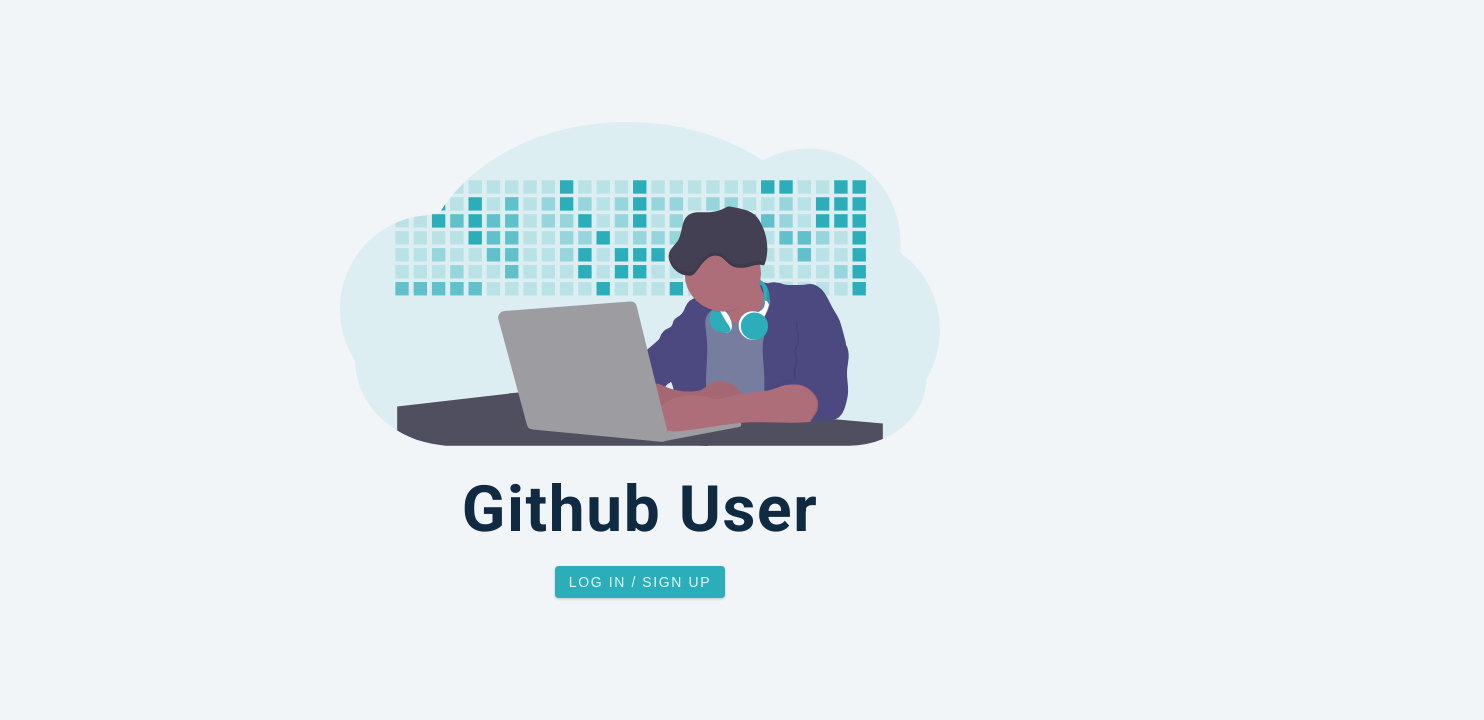
Repository: suprabhat15/search-github-users
Page: /
The author's editor kept a copy of each file at every save. The page is drawn from the files as they stood at one save, then again after the next save.
The browser window is 1280 px wide. The page is 1280 px wide, then 1484 px, then 1280 px, so the pictures cover 1484 px, including what lies to the right of the window. The pictures show the whole page.
The page's requests for data from a server got no answer. The project was rebuilt for these pictures with package versions that can differ from the ones it lists, and the page was loaded fresh each time. No one was signed in, and anything a server would have sent is missing. Also part of the build but not shown: src/components/Info.js, src/components/Charts/index.js, src/components/Repos.js, src/components/Card.js, src/components/Followers.js, src/components/User.js, src/components/Search.js, src/components/Navbar.js and 3 more. Imported but missing from the stored project, and not drawn on this page: src/components/Charts/Bar, src/components/Charts/Column, src/components/Charts/Doughnut, src/components/Charts/Pie.

Above is the page before, as saved 2020-12-31 12:58:20.

After the next save:
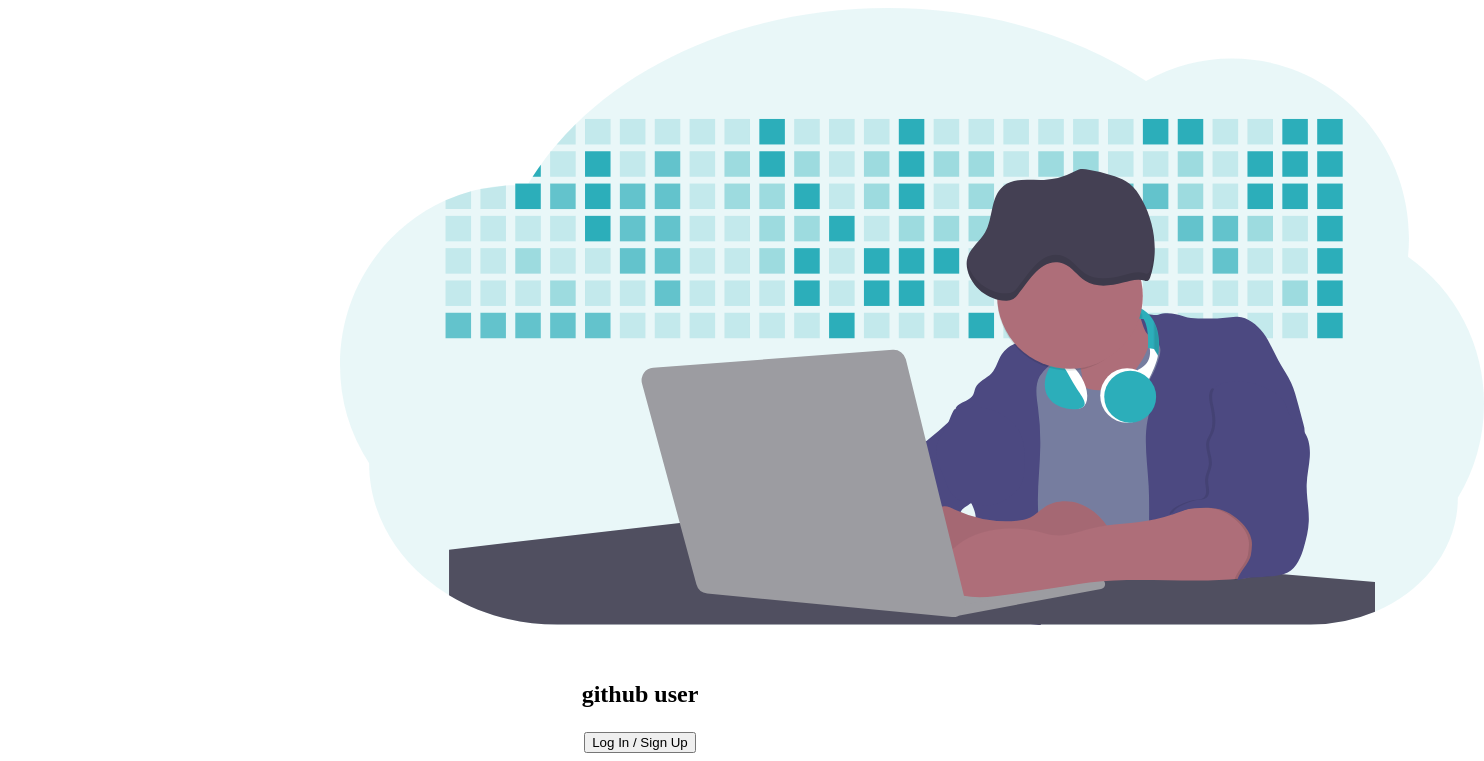
Saved 10 days later.
--- a/src/index.js
+++ b/src/index.js
@@ -1,6 +1,6 @@
 import React from 'react';
 import ReactDOM from 'react-dom';
-import './index.css';
+// import './index.css';
 import App from './App';
 import * as serviceWorker from './serviceWorker';
 import { GithubProvider } from './context/context';

After the save that followed:
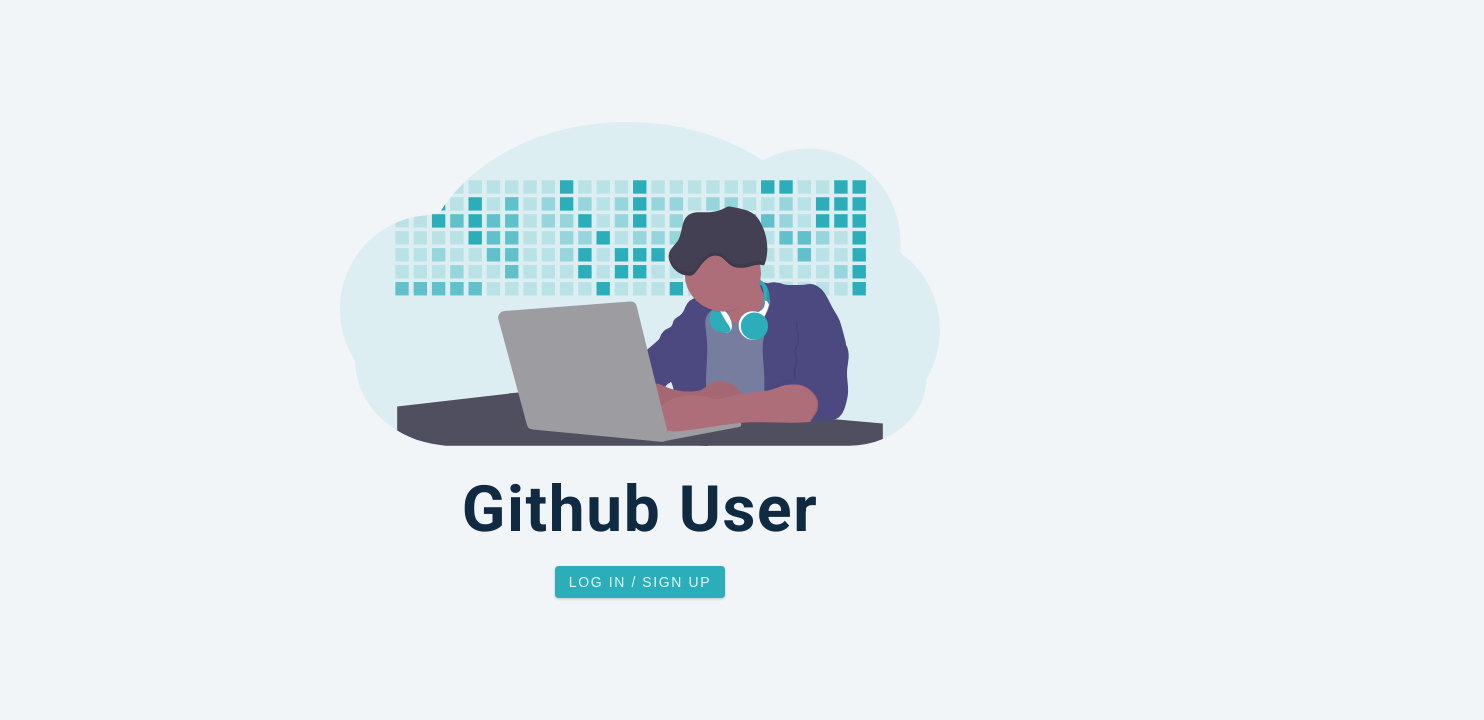
Saved 40 s later.
--- a/src/index.js
+++ b/src/index.js
@@ -1,6 +1,6 @@
 import React from 'react';
 import ReactDOM from 'react-dom';
-// import './index.css';
+import './index.css';
 import App from './App';
 import * as serviceWorker from './serviceWorker';
 import { GithubProvider } from './context/context';
